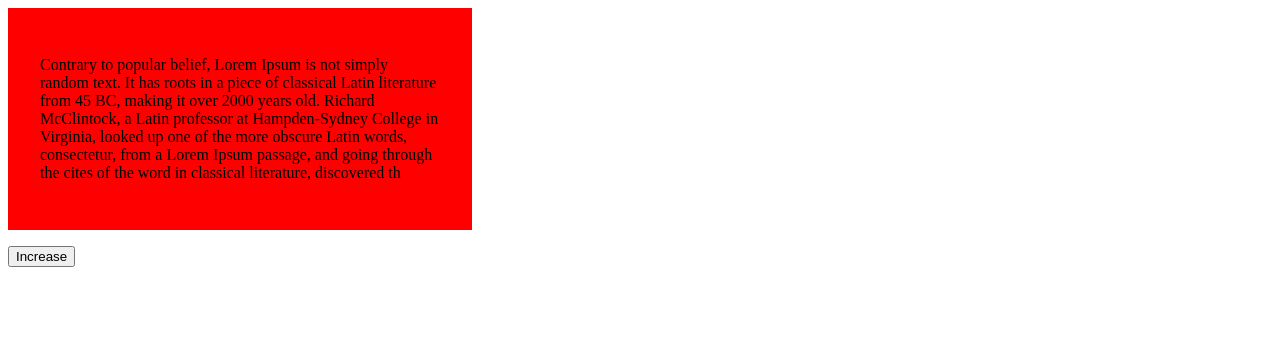
Repository: nema38/30DaysTrainning
Page: 30Days12/index.html
An editor plug-in stored every save of this project. The page is shown before and after the next save, followed by the edit.
The browser window is 1280 px wide. The pictures show the whole page.
After loading, the first visible `button` was clicked once.
Some web libraries are served in a nearby version.

Above is the page before, as saved 2014-04-17 19:49:01.

After the next save:
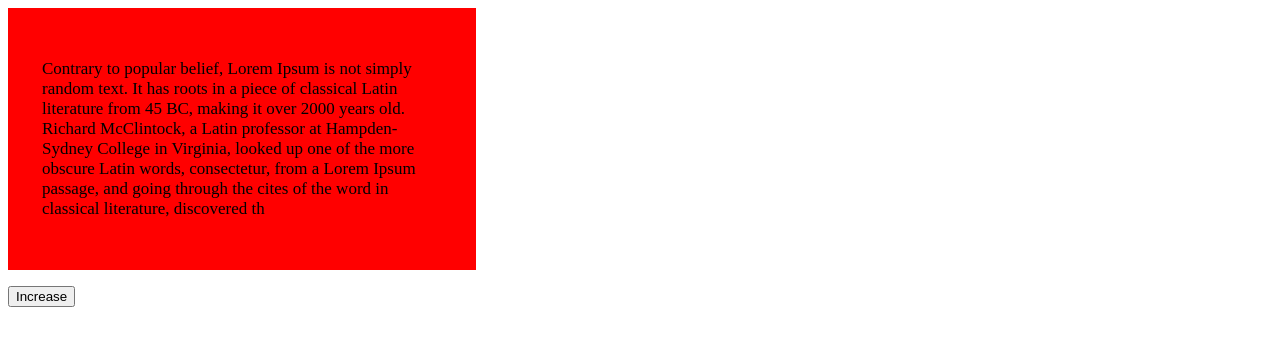
Saved 10 s later.
--- a/30Days12/index.html
+++ b/30Days12/index.html
@@ -32,7 +32,7 @@
 
 			$('button').on('click', function() {
 				box.animate( {
-
+					'fontSize': '+=1',
 					'color': 'white'
 				});
 			});
